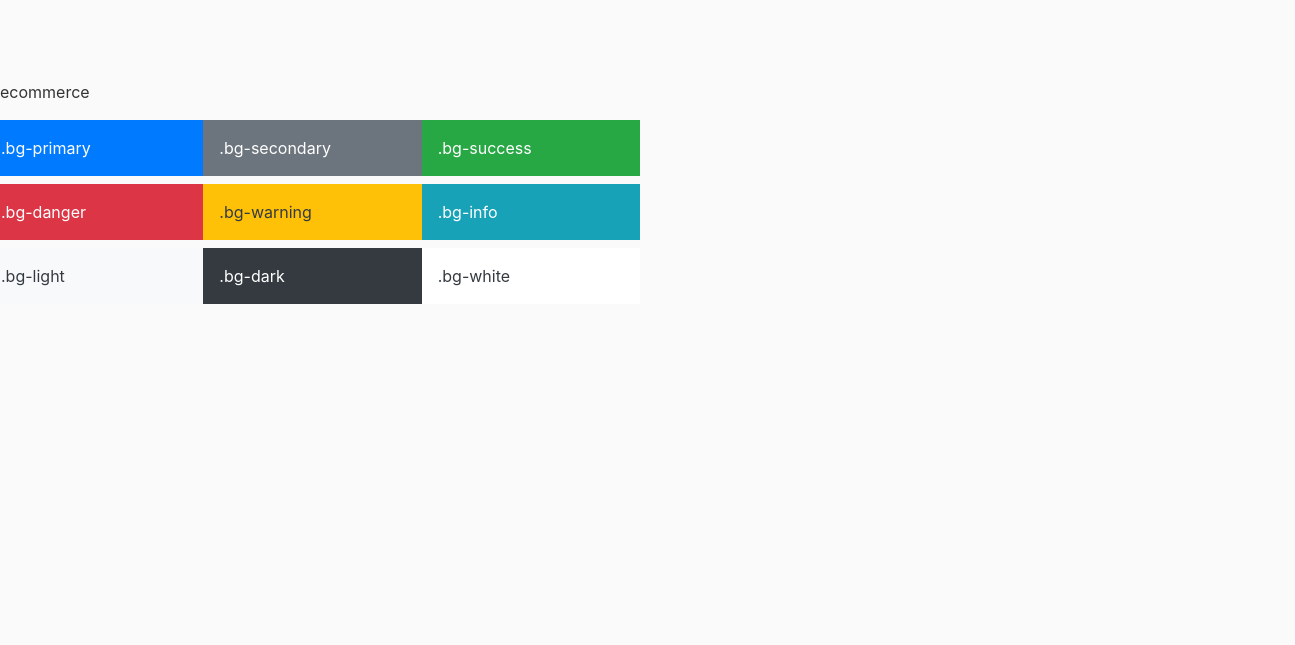
Repository: khanhdk0000/first_proj
Page: http://localhost/about?my_var=ecommerce
An editor plug-in stored every save of this project. The page is shown before and after the next save, followed by the edit.
The browser window is 1280 px wide. The page is 1295 px wide, then 1280 px, so the pictures cover 1295 px, including what lies to the right of the window. The pictures show the whole page.
Some web libraries are served in a nearby version. The page is served by the project's application, run on Flask 3 (flaskblog.py).

Above is the page before, as saved 2021-05-25 11:54:27.

After the next save:
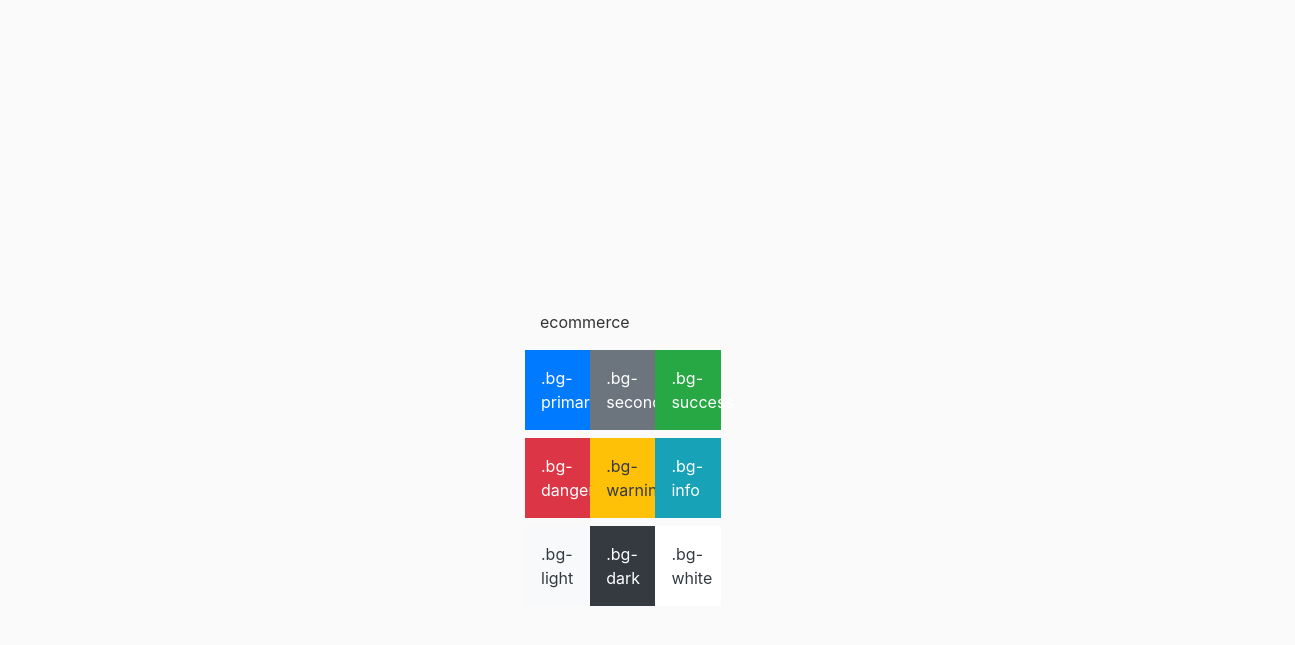
Saved 47 s later.
--- a/static/main.css
+++ b/static/main.css
@@ -91,7 +91,10 @@ body {
 
   .flex-center {
     /* display: flex; */
-    justify-content: center;
-    align-items: center;
+    position: fixed;
+    top: 50%;
+    left: 50%;
+    margin-top: -50px;
+    margin-left: -100px;
 
   }
